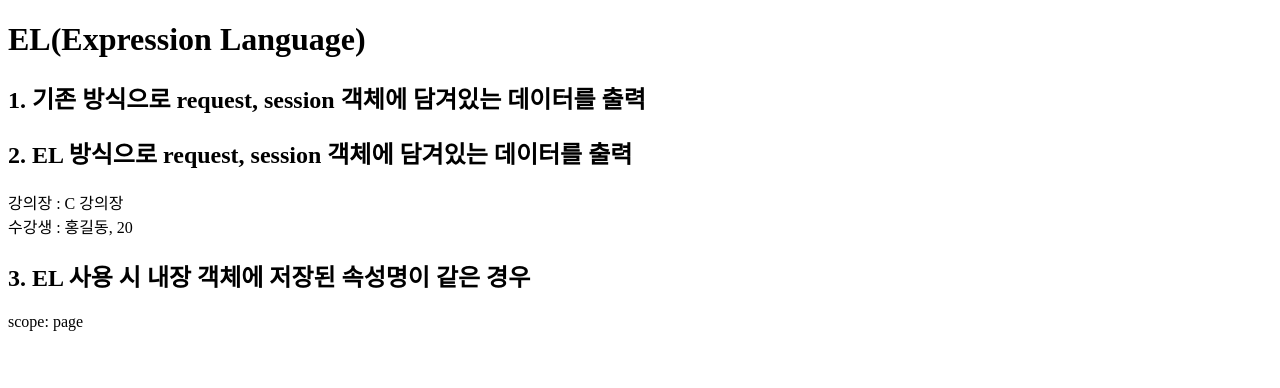
Repository: Parknogyung/Backend
Page: http://localhost/03_EL_JSTL/el.do
These files come from the project's save history. The page is drawn as it stood at one moment and after the next save; the edit follows.
The browser window is 1280 px wide. The pictures show the whole page.
The page is served by Tomcat 9.

Above is the page before, as saved 2022-07-12 02:14:10.

After the next save:
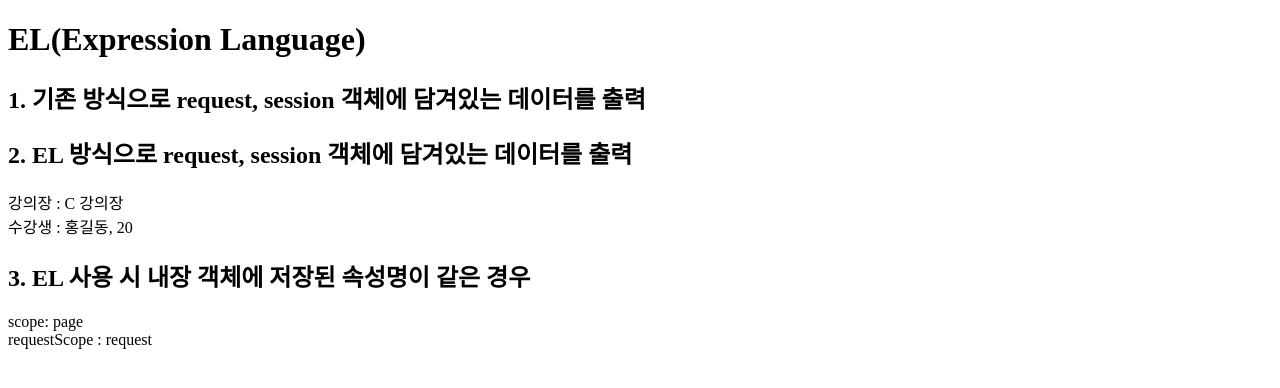
Saved 2 min 56 s later.
--- a/03_EL_JSTL/src/main/webapp/views/el/el.jsp
+++ b/03_EL_JSTL/src/main/webapp/views/el/el.jsp
@@ -39,5 +39,6 @@
 		pageContext.setAttribute("scope", "page");
 	%>
 	scope: ${ scope } <br>
+	requestScope : ${requestScope.scope }
 </body>
 </html>
